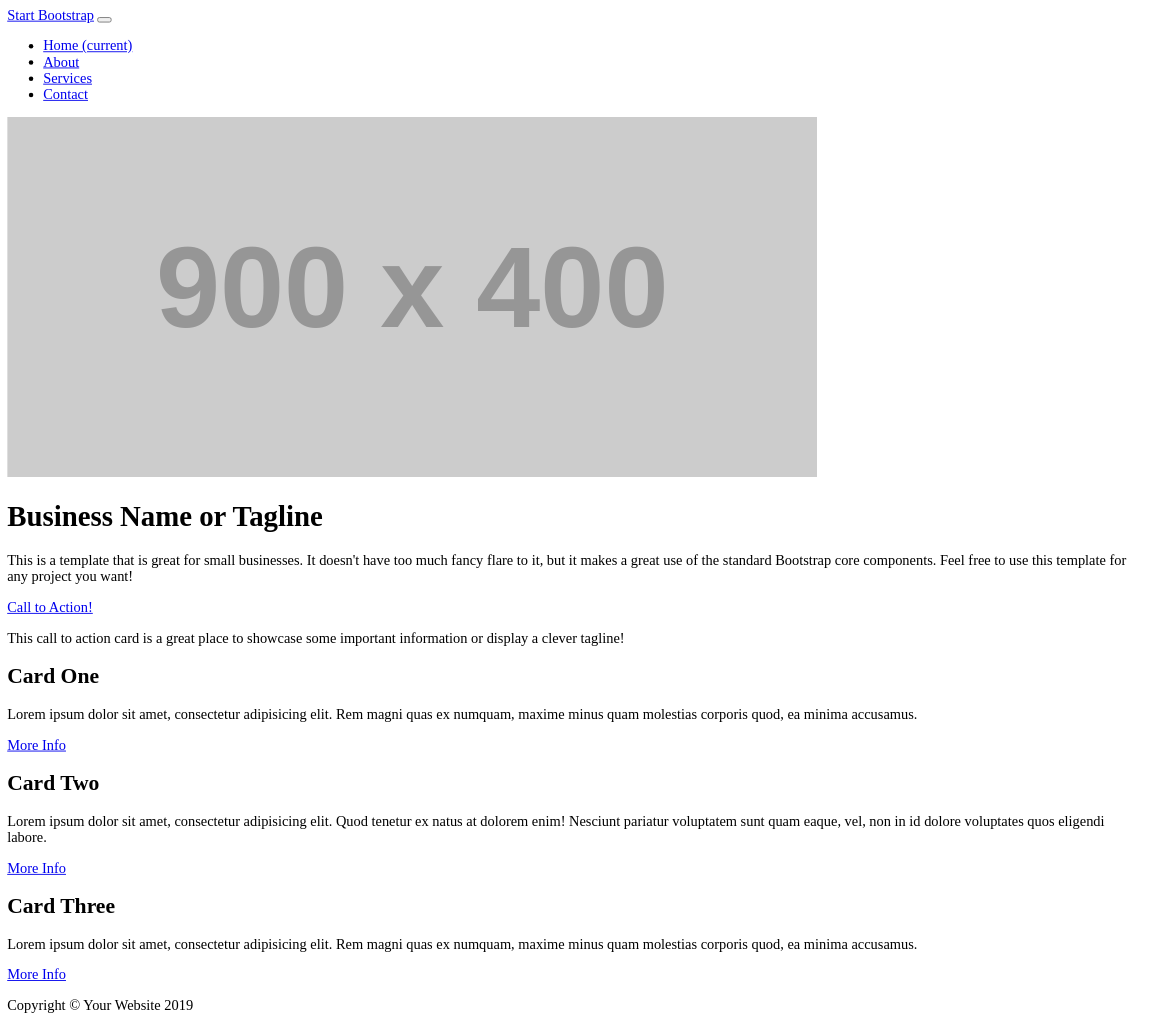
Repository: QuangThuanLion/Project_SpringMVC
Page: http://localhost/springweb-mvc/WEB-INF/views/web/home.jsp
The author's editor kept a copy of each file at every save. The page is drawn from the files as they stood at one save, then again after the next save.
The browser window is 1280 px wide. The pictures show the whole page, at 90% of full size.
The page is served by Tomcat 9. Nobody is signed in. Other server files are loaded and not shown. The template is opened directly, without the code that normally fills it, so the values that code supplies are empty.

Above is the page before, as saved 2020-07-01 10:27:30.

### springweb-mvc/src/main/webapp/WEB-INF/views/web/home.jsp
<%@ page language="java" contentType="text/html; charset=UTF-8"
	pageEncoding="UTF-8"%>
<!DOCTYPE html>
<html>
<head>
<meta charset="UTF-8">
<title>Demo trang chủ</title>
</head>
<body>

	<!-- Navigation -->
	<nav class="navbar navbar-expand-lg navbar-dark bg-dark fixed-top">
		<div class="container">
			<a class="navbar-brand" href="#">Start Bootstrap</a>
			<button class="navbar-toggler" type="button" data-toggle="collapse"
				data-target="#navbarResponsive" aria-controls="navbarResponsive"
				aria-expanded="false" aria-label="Toggle navigation">
				<span class="navbar-toggler-icon"></span>
			</button>
			<div class="collapse navbar-collapse" id="navbarResponsive">
				<ul class="navbar-nav ml-auto">
					<li class="nav-item active"><a class="nav-link" href="#">Home
							<span class="sr-only">(current)</span>
					</a></li>
					<li class="nav-item"><a class="nav-link" href="#">About</a></li>
					<li class="nav-item"><a class="nav-link" href="#">Services</a>
					</li>
					<li class="nav-item"><a class="nav-link" href="#">Contact</a>
					</li>
				</ul>
			</div>
		</div>
	</nav>

	<!-- Page Content -->
	<div class="container">

		<!-- Heading Row -->
		<div class="row align-items-center my-5">
			<div class="col-lg-7">
				<img class="img-fluid rounded mb-4 mb-lg-0"
					src="http://placehold.it/900x400" alt="">
			</div>
			<!-- /.col-lg-8 -->
			<div class="col-lg-5">
				<h1 class="font-weight-light">Business Name or Tagline</h1>
				<p>This is a template that is great for small businesses. It
					doesn't have too much fancy flare to it, but it makes a great use
					of the standard Bootstrap core components. Feel free to use this
					template for any project you want!</p>
				<a class="btn btn-primary" href="#">Call to Action!</a>
			</div>
			<!-- /.col-md-4 -->
		</div>
		<!-- /.row -->

		<!-- Call to Action Well -->
		<div class="card text-white bg-secondary my-5 py-4 text-center">
			<div class="card-body">
				<p class="text-white m-0">This call to action card is a great
					place to showcase some important information or display a clever
					tagline!</p>
			</div>
		</div>

		<!-- Content Row -->
		<div class="row">
			<div class="col-md-4 mb-5">
				<div class="card h-100">
					<div class="card-body">
						<h2 class="card-title">Card One</h2>
						<p class="card-text">Lorem ipsum dolor sit amet, consectetur
							adipisicing elit. Rem magni quas ex numquam, maxime minus quam
							molestias corporis quod, ea minima accusamus.</p>
					</div>
					<div class="card-footer">
						<a href="#" class="btn btn-primary btn-sm">More Info</a>
					</div>
				</div>
			</div>
			<!-- /.col-md-4 -->
			<div class="col-md-4 mb-5">
				<div class="card h-100">
					<div class="card-body">
						<h2 class="card-title">Card Two</h2>
						<p class="card-text">Lorem ipsum dolor sit amet, consectetur
							adipisicing elit. Quod tenetur ex natus at dolorem enim! Nesciunt
							pariatur voluptatem sunt quam eaque, vel, non in id dolore
							voluptates quos eligendi labore.</p>
					</div>
					<div class="card-footer">
						<a href="#" class="btn btn-primary btn-sm">More Info</a>
					</div>
				</div>
			</div>
			<!-- /.col-md-4 -->
			<div class="col-md-4 mb-5">
				<div class="card h-100">
					<div class="card-body">
						<h2 class="card-title">Card Three</h2>
						<p class="card-text">Lorem ipsum dolor sit amet, consectetur
							adipisicing elit. Rem magni quas ex numquam, maxime minus quam
							molestias corporis quod, ea minima accusamus.</p>
					</div>
					<div class="card-footer">
						<a href="#" class="btn btn-primary btn-sm">More Info</a>
					</div>
				</div>
			</div>
			<!-- /.col-md-4 -->

		</div>
		<!-- /.row -->

	</div>
	<!-- /.container -->

	<!-- Footer -->
	<footer class="py-5 bg-dark">
		<div class="container">
			<p class="m-0 text-center text-white">Copyright &copy; Your
				Website 2019</p>
		</div>
		<!-- /.container -->
	</footer>

</body>
</html>

After the next save:
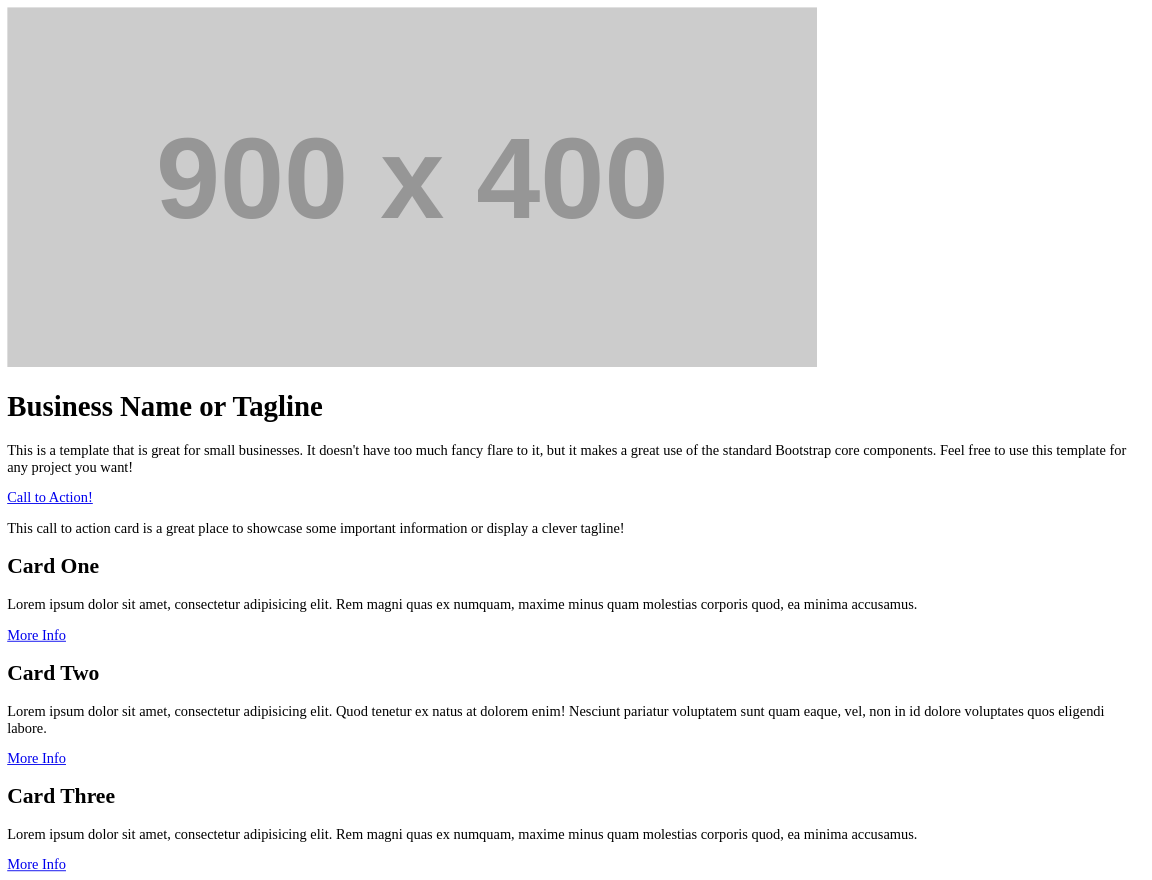
Saved 18 s later.
--- a/springweb-mvc/src/main/webapp/WEB-INF/views/web/home.jsp
+++ b/springweb-mvc/src/main/webapp/WEB-INF/views/web/home.jsp
@@ -7,30 +7,6 @@
 <title>Demo trang chủ</title>
 </head>
 <body>
-
-	<!-- Navigation -->
-	<nav class="navbar navbar-expand-lg navbar-dark bg-dark fixed-top">
-		<div class="container">
-			<a class="navbar-brand" href="#">Start Bootstrap</a>
-			<button class="navbar-toggler" type="button" data-toggle="collapse"
-				data-target="#navbarResponsive" aria-controls="navbarResponsive"
-				aria-expanded="false" aria-label="Toggle navigation">
-				<span class="navbar-toggler-icon"></span>
-			</button>
-			<div class="collapse navbar-collapse" id="navbarResponsive">
-				<ul class="navbar-nav ml-auto">
-					<li class="nav-item active"><a class="nav-link" href="#">Home
-							<span class="sr-only">(current)</span>
-					</a></li>
-					<li class="nav-item"><a class="nav-link" href="#">About</a></li>
-					<li class="nav-item"><a class="nav-link" href="#">Services</a>
-					</li>
-					<li class="nav-item"><a class="nav-link" href="#">Contact</a>
-					</li>
-				</ul>
-			</div>
-		</div>
-	</nav>
 
 	<!-- Page Content -->
 	<div class="container">
@@ -115,14 +91,5 @@
 	</div>
 	<!-- /.container -->
 
-	<!-- Footer -->
-	<footer class="py-5 bg-dark">
-		<div class="container">
-			<p class="m-0 text-center text-white">Copyright &copy; Your
-				Website 2019</p>
-		</div>
-		<!-- /.container -->
-	</footer>
-
 </body>
 </html>
